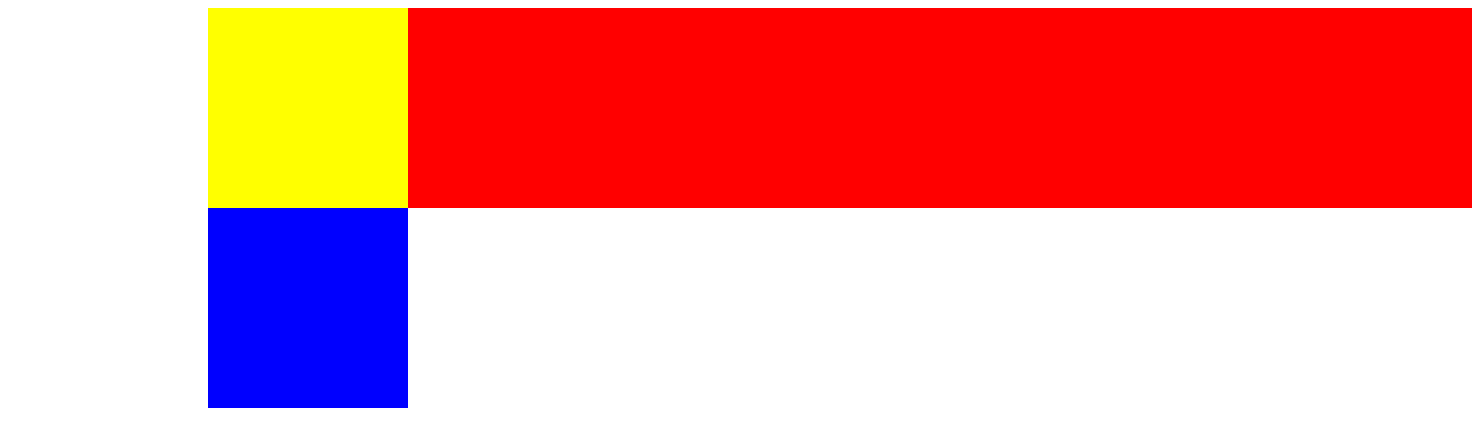
Repository: KonanW/front-end-knowledge
Page: css/layout2.html
These files come from the project's save history. The page is drawn as it stood at one moment and after the next save; the edit follows.
The browser window is 1280 px wide. The page is 1472 px wide, so the pictures cover 1472 px, including what lies to the right of the window. The pictures show the whole page.

Above is the page before, as saved 2019-06-21 00:45:58.

### css/layout2.html
<!DOCTYPE html>
<html lang="en">
<head>
  <meta charset="UTF-8">
  <meta name="viewport" content="width=device-width, initial-scale=1.0">
  <meta http-equiv="X-UA-Compatible" content="ie=edge">
  <title>Document</title>
  <style>
    .container {
      position: relative;
      width: 100%;
      height: 200px;
      padding: 0 0 0 200px;
    }

    .middle {
      float: left;
      width: 100%;
      height: 100%;
      background-color: red;
    }

    .left {
      width: 200px;
      height: 100%;
      float: left;
      background-color: yellow;
      margin-left: -100%;
    }
    .right {
      float: left;
      width: 200px;
      height: 100%;
      background-color: blue;
    }
  </style>
</head>
<body>
  <div class="container">
    <div class="middle"></div>
    <div class="left"></div>
    <div class="right"></div>
  </div>
</body>
</html>

After the next save:
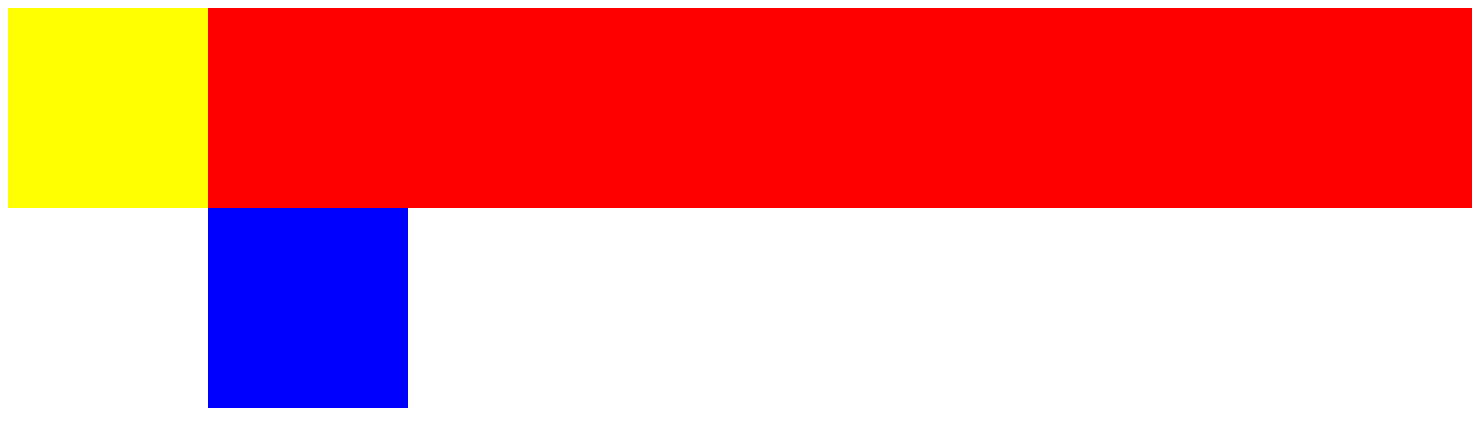
Saved 108 s later.
--- a/css/layout2.html
+++ b/css/layout2.html
@@ -26,6 +26,8 @@
       float: left;
       background-color: yellow;
       margin-left: -100%;
+      left: -200px;
+      position: relative;
     }
     .right {
       float: left;
